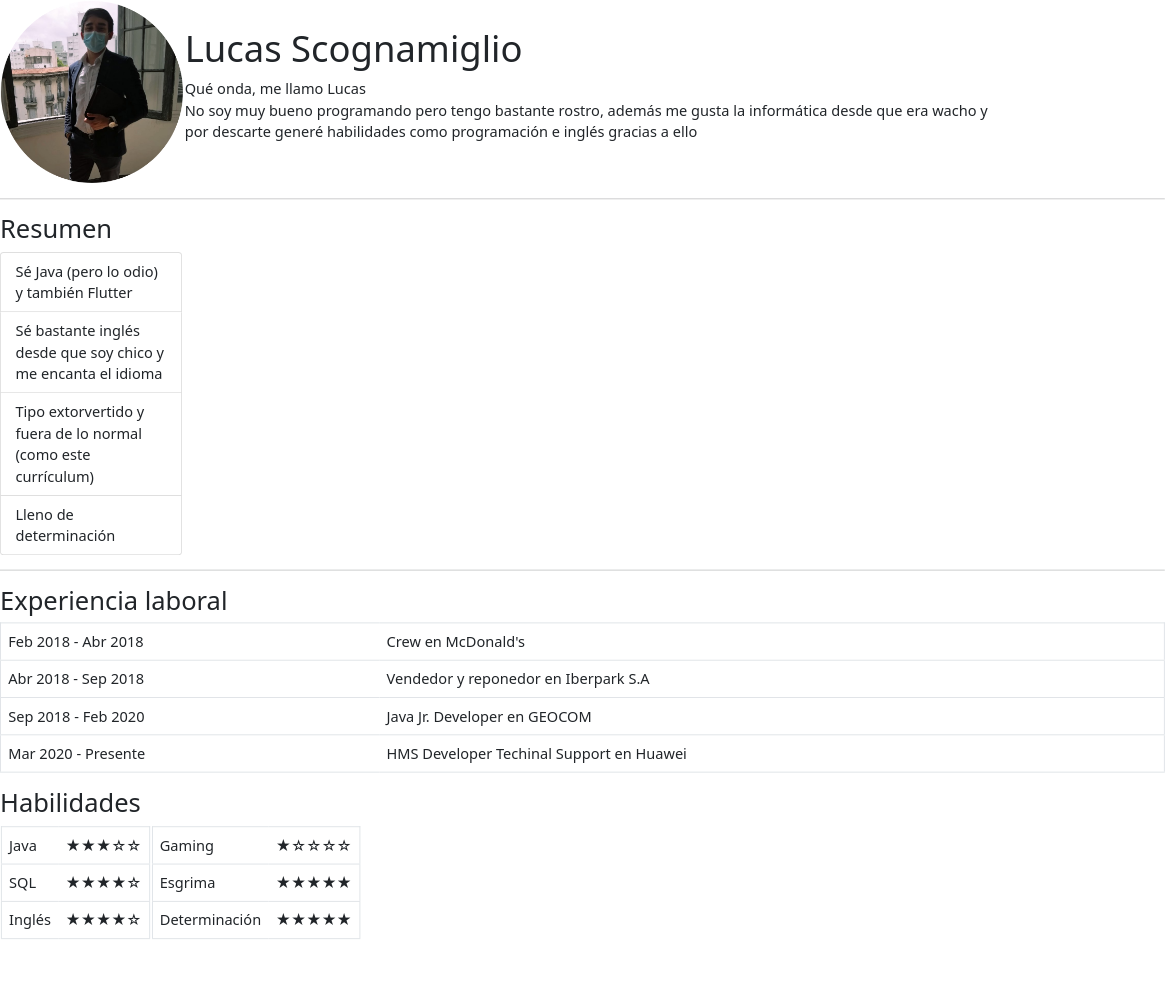
Repository: ScoggoDev/DesarrolloWeb
Page: tarea en equipo 1/cv.html
An editor plug-in stored every save of this project. The page is shown before and after the next save, followed by the edit.
The browser window is 1280 px wide. The pictures show the whole page, at 91% of full size.

Above is the page before, as saved 2021-07-07 21:42:43.

After the next save:
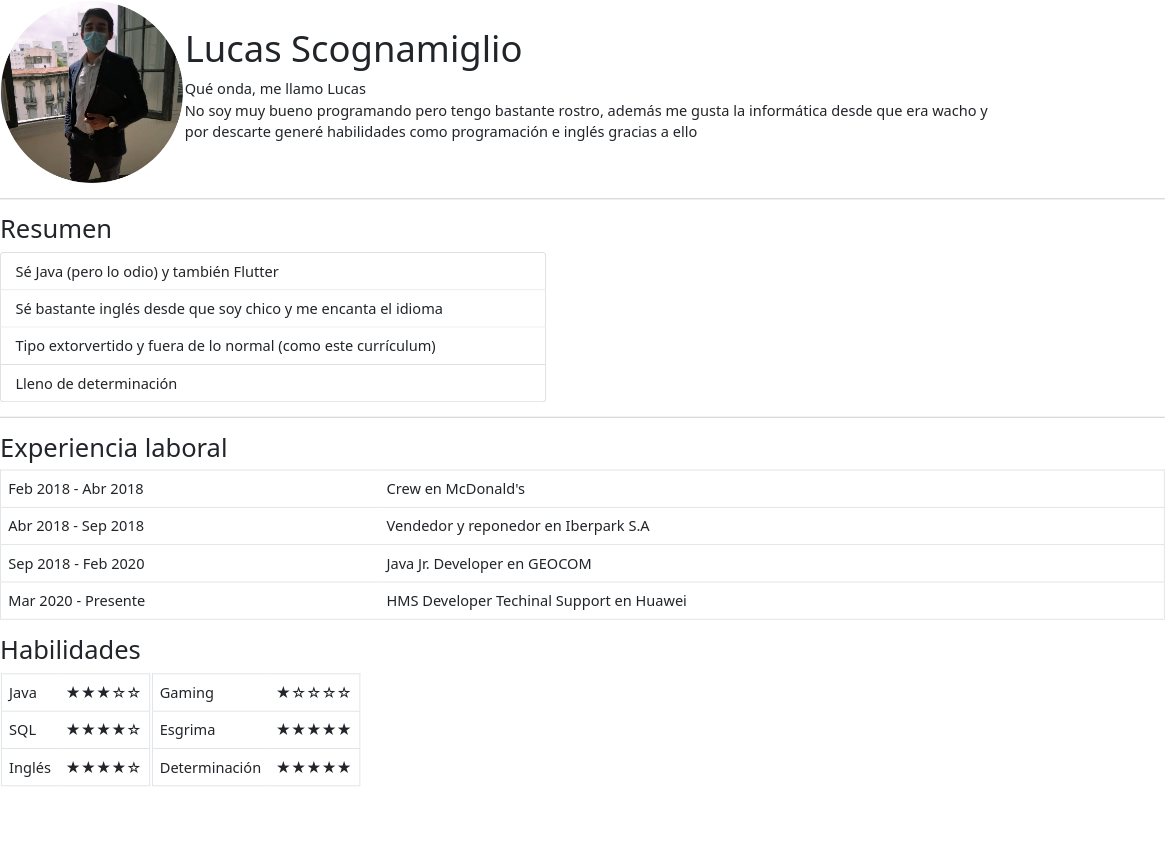
Saved 10 s later.
--- a/tarea en equipo 1/cv.html
+++ b/tarea en equipo 1/cv.html
@@ -15,7 +15,7 @@
 
     <hr>
     <h3>Resumen</h3>
-    <div style="width: 200px;">
+    <div style="width: 600px;">
         <ul class="list-group">
             <li class="list-group-item">Sé Java (pero lo odio) y también Flutter</li>
             <li class="list-group-item">Sé bastante inglés desde que soy chico y me encanta el idioma</li>
